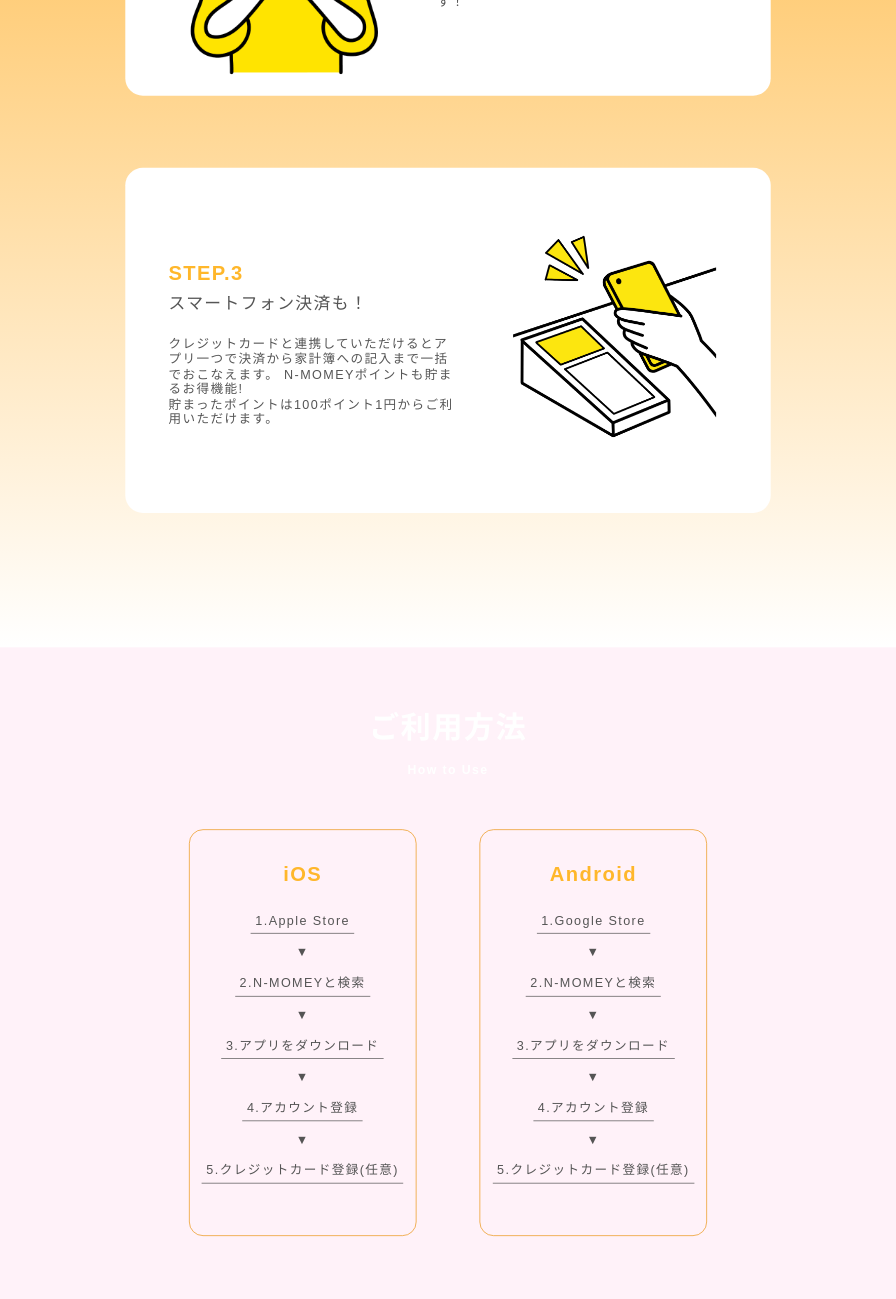
Repository: nozomi-23/lp2_test
Page: index.html
These files come from the project's save history. The page is drawn as it stood at one moment and after a run of saves; the edit follows.
The browser window is 1280 px wide. The pictures show the part of the page from y = 2254 to 4174 px (the page is 4110 px tall before and 4174 px after), at 70% of full size.
Some web fonts or font styles are not loaded; a fallback is used.

Above is the page before, as saved 2022-06-18 15:49:43.

After the next 4 saves:
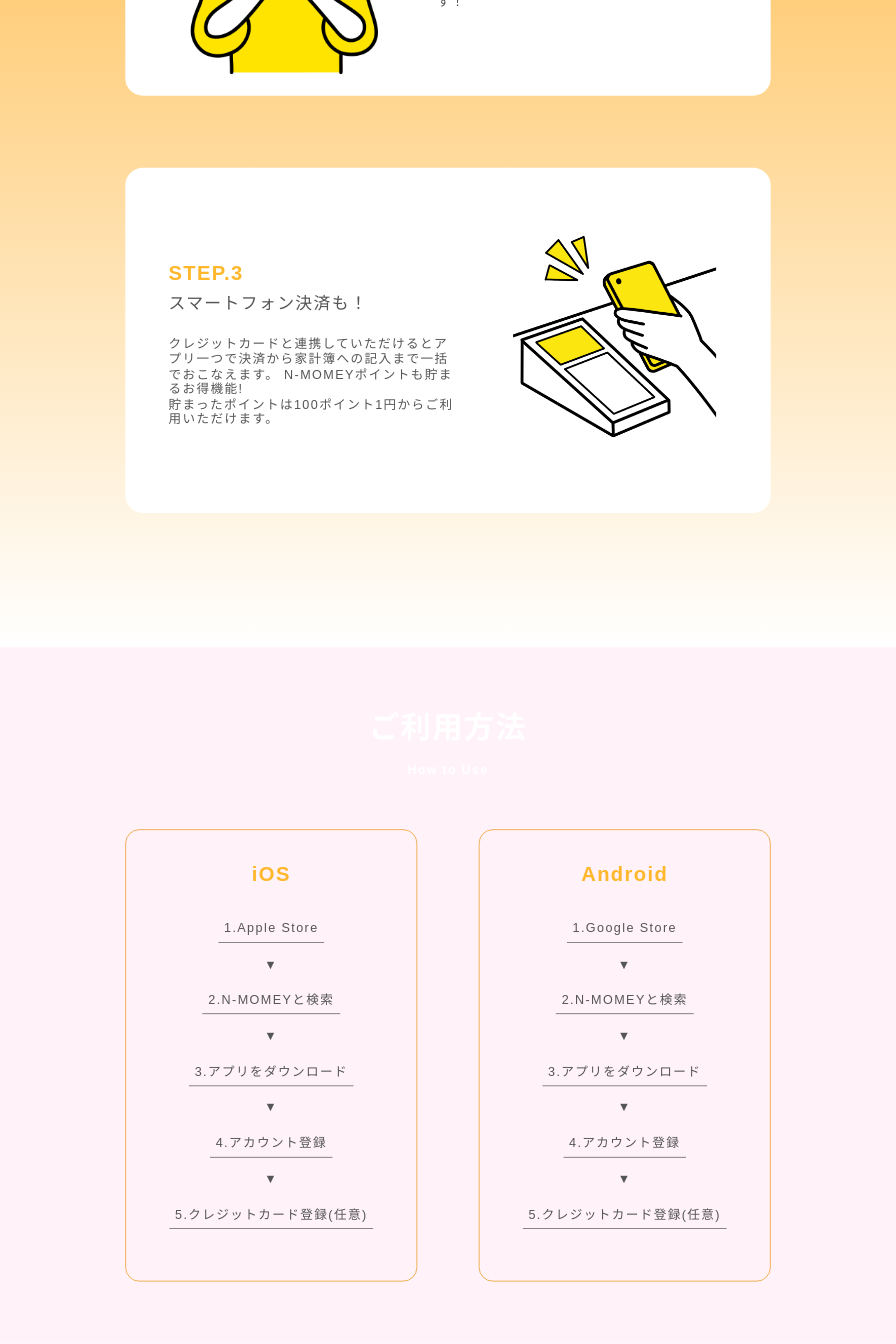
The 4 saves are shown as one change because they came seconds apart.
The last was saved 34 s later.
--- a/css/common.css
+++ b/css/common.css
@@ -222,10 +222,10 @@ how
   width: 90%;
   margin: 0 auto;
   display: flex;
-  justify-content: space-evenly;
+  justify-content: space-between;
 }
 .how_wrapper_item {
-  width: 35%;
+  width: 45%;
   text-align: center;
   border: 1px solid #EB9515;
   border-radius: 20px;
